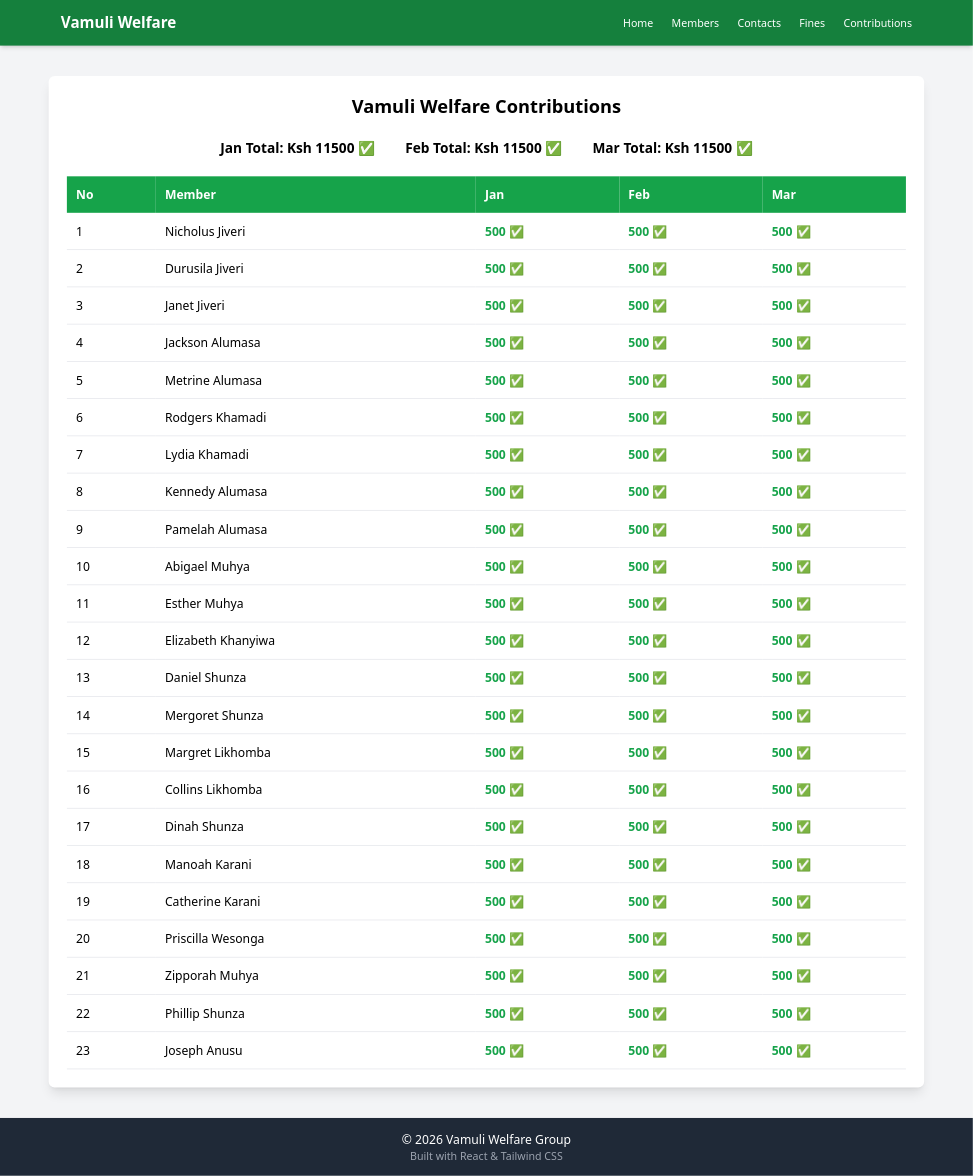
Repository: Engineer-collo/Vamuli-welfare
Page: /members
The author's editor kept a copy of each file at every save. The page is drawn from the files as they stood at one save, then again after the next save.
The browser window is 1280 px wide. The pictures show the whole page, at 76% of full size.
The project was rebuilt for these pictures with package versions that can differ from the ones it lists, and the page was loaded fresh each time. Also part of the build but not shown: vite.config.js, src/pages/Home.jsx.

Above is the page before, as saved 2026-03-16 10:34:42.

### index.html
<!doctype html>
<html lang="en">
  <head>
    <meta charset="UTF-8" />
    <link rel="icon" type="image/svg+xml" href="/favicon.svg" />
    <meta name="viewport" content="width=device-width, initial-scale=1.0" />
    <title>vamuli-welfare</title>
  </head>
  <body>
    <div id="root"></div>
    <script type="module" src="/src/main.jsx"></script>
  </body>
</html>

### src/App.jsx
import { BrowserRouter as Router, Routes, Route } from "react-router-dom";

import Navbar from "./components/Navbar";
import Footer from "./components/Footer";

import Home from "./pages/Home";
import Members from "./pages/Members";

function App() {
  return (
    <Router>
      <div className="bg-gray-100 min-h-screen">

        <Navbar />

        <Routes>
          <Route path="/" element={<Home />} />
          <Route path="/members" element={<Members />} />
        </Routes>

        <Footer />

      </div>
    </Router>
  );
}

export default App;

### src/components/Navbar.jsx
import { Link } from "react-router-dom";

function Navbar() {
  return (
    <nav className="bg-green-700 text-white shadow-md">
      <div className="max-w-6xl mx-auto flex justify-between items-center p-4">

        <h1 className="text-xl font-bold">
          <Link to="/">Vamuli Welfare</Link>
        </h1>

        <ul className="flex gap-6 text-sm">
          <li>
            <Link to="/" className="hover:text-gray-200">Home</Link>
          </li>

          <li>
            <Link to="/members" className="hover:text-gray-200">Members</Link>
          </li>

          <li>
            <Link to="/contacts" className="hover:text-gray-200">Contacts</Link>
          </li>

          <li>
            <Link to="/fines" className="hover:text-gray-200">Fines</Link>
          </li>

          <li>
            <Link to="/contributions" className="hover:text-gray-200">Contributions</Link>
          </li>
        </ul>

      </div>
    </nav>
  );
}

export default Navbar;

### src/components/Footer.jsx
import React from "react";

function Footer() {
  return (
    <footer className="bg-gray-800 text-white mt-10">
      <div className="max-w-6xl mx-auto text-center p-4">
        <p>© 2026 Vamuli Welfare Group</p>
        <p className="text-sm text-gray-400">
          Built with React & Tailwind CSS
        </p>
      </div>
    </footer>
  );
}

export default Footer;

### src/pages/Members.jsx
import React from "react";

// Sample contributions data
const contributions = [
  { id: 1, name: "Nicholus Jiveri", jan: 500, feb: 500, mar: 500 },
  { id: 2, name: "Durusila Jiveri", jan: 500, feb: 500, mar: 500 },
  { id: 3, name: "Janet Jiveri", jan: 500, feb: 500, mar: 500 },
  { id: 4, name: "Jackson Alumasa", jan: 500, feb: 500, mar: 500 },
  { id: 5, name: "Metrine Alumasa", jan: 500, feb: 500, mar: 500 },
  { id: 6, name: "Rodgers Khamadi", jan: 500, feb: 500, mar: 500 },
  { id: 7, name: "Lydia Khamadi", jan: 500, feb: 500, mar: 500 },
  { id: 8, name: "Kennedy Alumasa", jan: 500, feb: 500, mar: 500 },
  { id: 9, name: "Pamelah Alumasa", jan: 500, feb: 500, mar: 500 },
  { id: 10, name: "Abigael Muhya", jan: 500, feb: 500, mar: 500 },
  { id: 11, name: "Esther Muhya", jan: 500, feb: 500, mar: 500 },
  { id: 12, name: "Elizabeth Khanyiwa", jan: 500, feb: 500, mar: 500 },
  { id: 13, name: "Daniel Shunza", jan: 500, feb: 500, mar: 500 },
  { id: 14, name: "Mergoret Shunza", jan: 500, feb: 500, mar: 500 },
  { id: 15, name: "Margret Likhomba", jan: 500, feb: 500, mar: 500 },
  { id: 16, name: "Collins Likhomba", jan: 500, feb: 500, mar: 500 },
  { id: 17, name: "Dinah Shunza", jan: 500, feb: 500, mar: 500 },
  { id: 18, name: "Manoah Karani", jan: 500, feb: 500, mar: 500 },
  { id: 19, name: "Catherine Karani", jan: 500, feb: 500, mar: 500 },
  { id: 20, name: "Priscilla Wesonga", jan: 500, feb: 500, mar: 500 },
  { id: 21, name: "Zipporah Muhya", jan: 500, feb: 500, mar: 500 },
  { id: 22, name: "Phillip Shunza", jan: 500, feb: 500, mar: 500 },
  { id: 23, name: "Joseph Anusu", jan: 500, feb: 500, mar: 500 },
];

// Calculate totals
const totals = {
  jan: contributions.reduce((sum, c) => sum + c.jan, 0),
  feb: contributions.reduce((sum, c) => sum + c.feb, 0),
  mar: contributions.reduce((sum, c) => sum + c.mar, 0),
};

function ContributionsTable() {
  return (
    <div className="max-w-6xl mx-auto mt-10 bg-white shadow-lg rounded-lg p-6">
      <h2 className="text-2xl font-bold mb-6 text-center">
        Vamuli Welfare Contributions
      </h2>

      {/* Totals */}
      <div className="flex justify-center gap-10 mb-6 text-lg font-semibold">
        <span>Jan Total: Ksh {totals.jan} ✅</span>
        <span>Feb Total: Ksh {totals.feb} ✅</span>
        <span>Mar Total: Ksh {totals.mar} ✅</span>
      </div>

      {/* Table */}
      <table className="w-full border-collapse">
        <thead>
          <tr className="bg-green-600 text-white">
            <th className="p-3 text-left">No</th>
            <th className="p-3 text-left">Member</th>
            <th className="p-3 text-left">Jan</th>
            <th className="p-3 text-left">Feb</th>
            <th className="p-3 text-left">Mar</th>
          </tr>
        </thead>

        <tbody>
          {contributions.map((c) => (
            <tr
              key={c.id}
              className="border-b hover:bg-gray-100 transition"
            >
              <td className="p-3">{c.id}</td>
              <td className="p-3">{c.name}</td>
              <td className="p-3 text-green-600 font-semibold">{c.jan} ✅</td>
              <td className="p-3 text-green-600 font-semibold">{c.feb} ✅</td>
              <td className="p-3 text-green-600 font-semibold">{c.mar} ✅</td>
            </tr>
          ))}
        </tbody>
      </table>
    </div>
  );
}

export default ContributionsTable;

### tailwind.config.js
/** @type {import('tailwindcss').Config} */
module.exports = {
  content: [
    "./index.html",
    "./src/**/*.{js,jsx}"
  ],
  theme: {
    extend: {},
  },
  plugins: [],
};

Loaded but not shown: src/main.jsx (common file); src/index.css (common file)

After the next save:
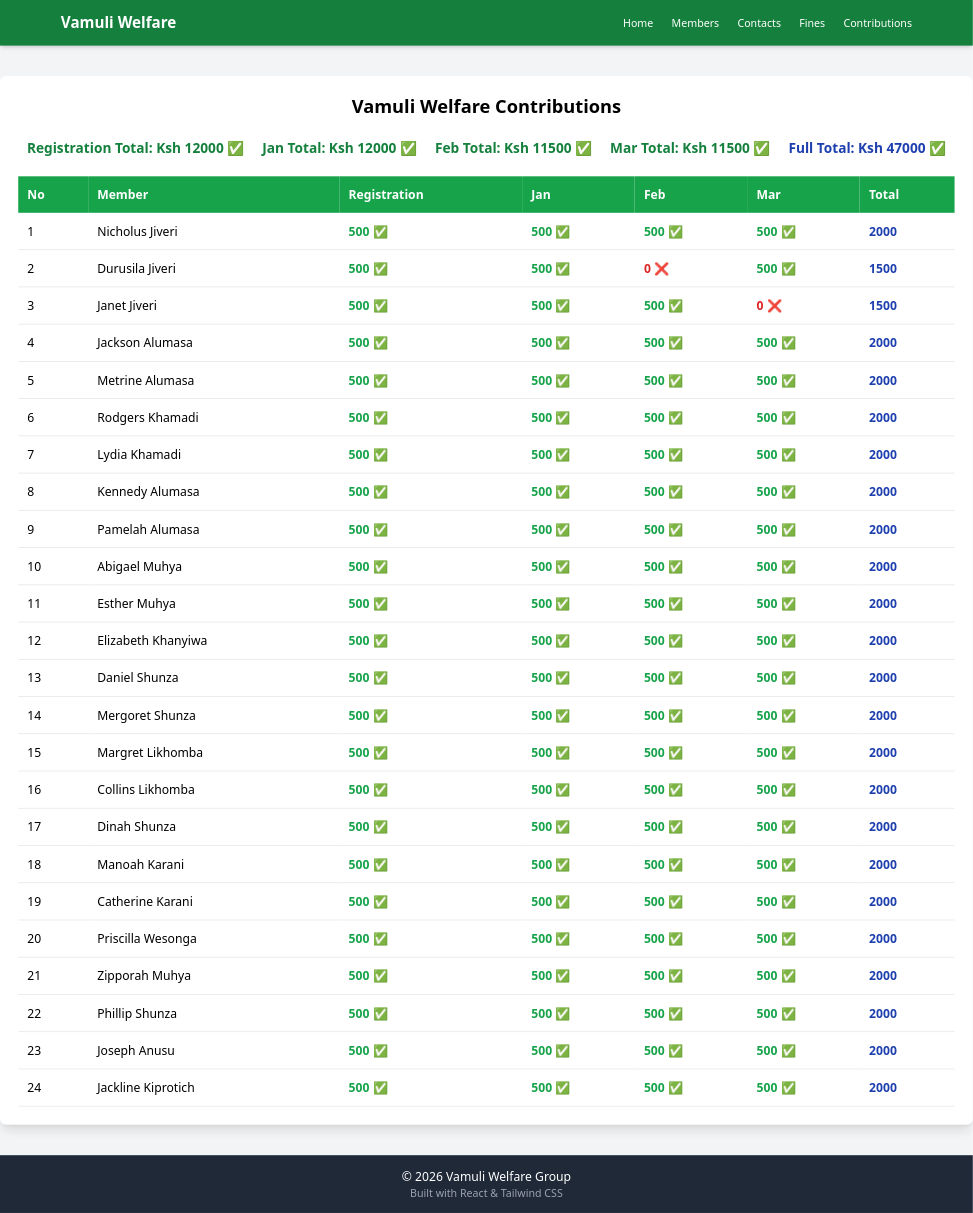
Saved 95 s later.
--- a/src/pages/Members.jsx
+++ b/src/pages/Members.jsx
@@ -1,51 +1,66 @@
 import React from "react";
 
-// Sample contributions data
+// Sample contributions data (24 members)
 const contributions = [
-  { id: 1, name: "Nicholus Jiveri", jan: 500, feb: 500, mar: 500 },
-  { id: 2, name: "Durusila Jiveri", jan: 500, feb: 500, mar: 500 },
-  { id: 3, name: "Janet Jiveri", jan: 500, feb: 500, mar: 500 },
-  { id: 4, name: "Jackson Alumasa", jan: 500, feb: 500, mar: 500 },
-  { id: 5, name: "Metrine Alumasa", jan: 500, feb: 500, mar: 500 },
-  { id: 6, name: "Rodgers Khamadi", jan: 500, feb: 500, mar: 500 },
-  { id: 7, name: "Lydia Khamadi", jan: 500, feb: 500, mar: 500 },
-  { id: 8, name: "Kennedy Alumasa", jan: 500, feb: 500, mar: 500 },
-  { id: 9, name: "Pamelah Alumasa", jan: 500, feb: 500, mar: 500 },
-  { id: 10, name: "Abigael Muhya", jan: 500, feb: 500, mar: 500 },
-  { id: 11, name: "Esther Muhya", jan: 500, feb: 500, mar: 500 },
-  { id: 12, name: "Elizabeth Khanyiwa", jan: 500, feb: 500, mar: 500 },
-  { id: 13, name: "Daniel Shunza", jan: 500, feb: 500, mar: 500 },
-  { id: 14, name: "Mergoret Shunza", jan: 500, feb: 500, mar: 500 },
-  { id: 15, name: "Margret Likhomba", jan: 500, feb: 500, mar: 500 },
-  { id: 16, name: "Collins Likhomba", jan: 500, feb: 500, mar: 500 },
-  { id: 17, name: "Dinah Shunza", jan: 500, feb: 500, mar: 500 },
-  { id: 18, name: "Manoah Karani", jan: 500, feb: 500, mar: 500 },
-  { id: 19, name: "Catherine Karani", jan: 500, feb: 500, mar: 500 },
-  { id: 20, name: "Priscilla Wesonga", jan: 500, feb: 500, mar: 500 },
-  { id: 21, name: "Zipporah Muhya", jan: 500, feb: 500, mar: 500 },
-  { id: 22, name: "Phillip Shunza", jan: 500, feb: 500, mar: 500 },
-  { id: 23, name: "Joseph Anusu", jan: 500, feb: 500, mar: 500 },
+  { id: 1, name: "Nicholus Jiveri", registration: 500, jan: 500, feb: 500, mar: 500 },
+  { id: 2, name: "Durusila Jiveri", registration: 500, jan: 500, feb: 0, mar: 500 },
+  { id: 3, name: "Janet Jiveri", registration: 500, jan: 500, feb: 500, mar: 0 },
+  { id: 4, name: "Jackson Alumasa", registration: 500, jan: 500, feb: 500, mar: 500 },
+  { id: 5, name: "Metrine Alumasa", registration: 500, jan: 500, feb: 500, mar: 500 },
+  { id: 6, name: "Rodgers Khamadi", registration: 500, jan: 500, feb: 500, mar: 500 },
+  { id: 7, name: "Lydia Khamadi", registration: 500, jan: 500, feb: 500, mar: 500 },
+  { id: 8, name: "Kennedy Alumasa", registration: 500, jan: 500, feb: 500, mar: 500 },
+  { id: 9, name: "Pamelah Alumasa", registration: 500, jan: 500, feb: 500, mar: 500 },
+  { id: 10, name: "Abigael Muhya", registration: 500, jan: 500, feb: 500, mar: 500 },
+  { id: 11, name: "Esther Muhya", registration: 500, jan: 500, feb: 500, mar: 500 },
+  { id: 12, name: "Elizabeth Khanyiwa", registration: 500, jan: 500, feb: 500, mar: 500 },
+  { id: 13, name: "Daniel Shunza", registration: 500, jan: 500, feb: 500, mar: 500 },
+  { id: 14, name: "Mergoret Shunza", registration: 500, jan: 500, feb: 500, mar: 500 },
+  { id: 15, name: "Margret Likhomba", registration: 500, jan: 500, feb: 500, mar: 500 },
+  { id: 16, name: "Collins Likhomba", registration: 500, jan: 500, feb: 500, mar: 500 },
+  { id: 17, name: "Dinah Shunza", registration: 500, jan: 500, feb: 500, mar: 500 },
+  { id: 18, name: "Manoah Karani", registration: 500, jan: 500, feb: 500, mar: 500 },
+  { id: 19, name: "Catherine Karani", registration: 500, jan: 500, feb: 500, mar: 500 },
+  { id: 20, name: "Priscilla Wesonga", registration: 500, jan: 500, feb: 500, mar: 500 },
+  { id: 21, name: "Zipporah Muhya", registration: 500, jan: 500, feb: 500, mar: 500 },
+  { id: 22, name: "Phillip Shunza", registration: 500, jan: 500, feb: 500, mar: 500 },
+  { id: 23, name: "Joseph Anusu", registration: 500, jan: 500, feb: 500, mar: 500 },
+  { id: 24, name: "Jackline Kiprotich", registration: 500, jan: 500, feb: 500, mar: 500 },
 ];
 
-// Calculate totals
-const totals = {
-  jan: contributions.reduce((sum, c) => sum + c.jan, 0),
-  feb: contributions.reduce((sum, c) => sum + c.feb, 0),
-  mar: contributions.reduce((sum, c) => sum + c.mar, 0),
-};
+// Extract months dynamically (excluding id & name)
+const months = Object.keys(contributions[0]).filter((key) => key !== "id" && key !== "name");
+
+// Calculate totals per month
+const totals = {};
+months.forEach((month) => {
+  totals[month] = contributions.reduce((sum, c) => sum + c[month], 0);
+});
+
+// Calculate grand total per member
+const contributionsWithTotals = contributions.map((c) => ({
+  ...c,
+  total: months.reduce((sum, month) => sum + c[month], 0),
+}));
+
+// Calculate full total (all members, all months)
+const fullTotal = contributionsWithTotals.reduce((sum, c) => sum + c.total, 0);
 
 function ContributionsTable() {
   return (
-    <div className="max-w-6xl mx-auto mt-10 bg-white shadow-lg rounded-lg p-6">
-      <h2 className="text-2xl font-bold mb-6 text-center">
-        Vamuli Welfare Contributions
-      </h2>
+    <div className="max-w-7xl mx-auto mt-10 bg-white shadow-lg rounded-lg p-6">
+      <h2 className="text-2xl font-bold mb-6 text-center">Vamuli Welfare Contributions</h2>
 
       {/* Totals */}
-      <div className="flex justify-center gap-10 mb-6 text-lg font-semibold">
-        <span>Jan Total: Ksh {totals.jan} ✅</span>
-        <span>Feb Total: Ksh {totals.feb} ✅</span>
-        <span>Mar Total: Ksh {totals.mar} ✅</span>
+      <div className="flex flex-wrap justify-center gap-6 mb-6 text-lg font-semibold">
+        {months.map((month) => (
+          <span key={month} className="text-green-700">
+            {month.charAt(0).toUpperCase() + month.slice(1)} Total: Ksh {totals[month]} ✅
+          </span>
+        ))}
+        <span className="text-blue-800 font-bold">
+          Full Total: Ksh {fullTotal} ✅
+        </span>
       </div>
 
       {/* Table */}
@@ -54,23 +69,31 @@ function ContributionsTable() {
           <tr className="bg-green-600 text-white">
             <th className="p-3 text-left">No</th>
             <th className="p-3 text-left">Member</th>
-            <th className="p-3 text-left">Jan</th>
-            <th className="p-3 text-left">Feb</th>
-            <th className="p-3 text-left">Mar</th>
+            {months.map((month) => (
+              <th key={month} className="p-3 text-left">
+                {month.charAt(0).toUpperCase() + month.slice(1)}
+              </th>
+            ))}
+            <th className="p-3 text-left">Total</th>
           </tr>
         </thead>
 
         <tbody>
-          {contributions.map((c) => (
-            <tr
-              key={c.id}
-              className="border-b hover:bg-gray-100 transition"
-            >
+          {contributionsWithTotals.map((c) => (
+            <tr key={c.id} className="border-b hover:bg-gray-100 transition">
               <td className="p-3">{c.id}</td>
               <td className="p-3">{c.name}</td>
-              <td className="p-3 text-green-600 font-semibold">{c.jan} ✅</td>
-              <td className="p-3 text-green-600 font-semibold">{c.feb} ✅</td>
-              <td className="p-3 text-green-600 font-semibold">{c.mar} ✅</td>
+              {months.map((month) => (
+                <td
+                  key={month}
+                  className={`p-3 font-semibold ${
+                    c[month] > 0 ? "text-green-600" : "text-red-600"
+                  }`}
+                >
+                  {c[month] > 0 ? `${c[month]} ✅` : "0 ❌"}
+                </td>
+              ))}
+              <td className="p-3 font-bold text-blue-800">{c.total}</td>
             </tr>
           ))}
         </tbody>
